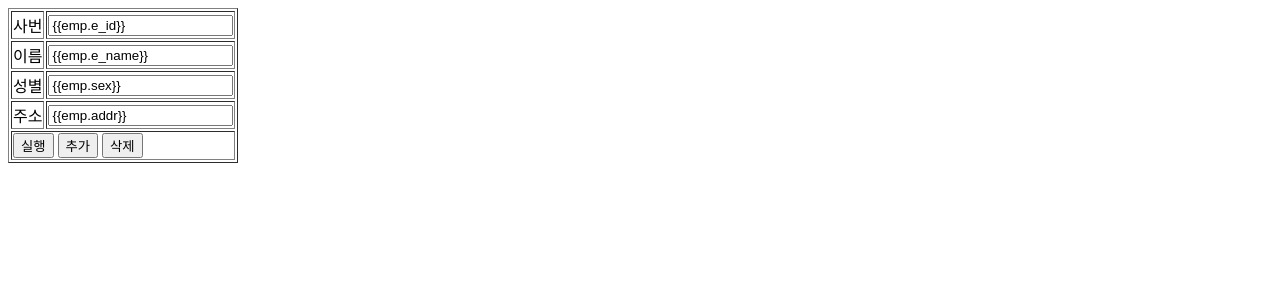
Repository: yhj961120/python-basic
Page: HELLO PYTHON/day10/templates/emp_add.html
An editor plug-in stored every save of this project. The page is shown before and after the next save, followed by the edit.
The browser window is 1280 px wide. The pictures show the whole page.

Above is the page before, as saved 2022-07-07 00:18:07.

### HELLO PYTHON/day10/templates/emp_add.html
<!DOCTYPE html>
<html>
<head>
<meta charset="UTF-8">
<title>Insert title here</title>
<script type="text/javascript">
function fn_list(){
	location.href = "emp_list";
}

function fn_mod(){
	location.href = "emp_mod?e_id={{emp.e_id}}";
}

</script>
</head>
<body>
<form action= "emp_mod_act" method ="post">
<table border="1px">
	<tr>
		<td>사번</td>
		<td><input type = "text" name = "e_id" value = "{{emp.e_id}}"/></td>
	</tr>
	<tr>
		<td>이름</td>
		<td><input type = "text" name = "e_name" value = "{{emp.e_name}}"/></td>
	</tr>
	<tr>
		<td>성별</td>
		<td><input type = "text" name = "sex" value = "{{emp.sex}}"/></td>
	</tr>
	<tr>
		<td>주소</td>
		<td><input type = "text" name = "addr" value = "{{emp.addr}}"/></td>
	</tr>
	<tr>
		<td colspan="2">
			<input type="submit" value="실행" />
			<input type="submit" value="추가" />
			<input type="submit" value="삭제" />

		</td>
	</tr>
</table>
</form>

</body>
</html>

After the next save:
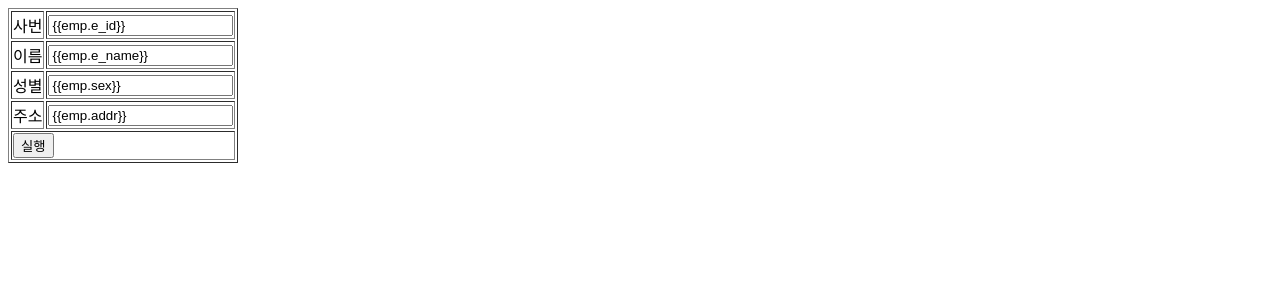
Saved 11 s later.
--- a/HELLO PYTHON/day10/templates/emp_add.html
+++ b/HELLO PYTHON/day10/templates/emp_add.html
@@ -7,38 +7,33 @@
 function fn_list(){
 	location.href = "emp_list";
 }
-
 function fn_mod(){
 	location.href = "emp_mod?e_id={{emp.e_id}}";
 }
-
 </script>
 </head>
 <body>
-<form action= "emp_mod_act" method ="post">
+<form action="emp_mod_act" method="post" >
 <table border="1px">
 	<tr>
 		<td>사번</td>
-		<td><input type = "text" name = "e_id" value = "{{emp.e_id}}"/></td>
+		<td><input type="text" name="e_id" value="{{emp.e_id}}" /></td>
 	</tr>
 	<tr>
 		<td>이름</td>
-		<td><input type = "text" name = "e_name" value = "{{emp.e_name}}"/></td>
+		<td><input type="text" name="e_name" value="{{emp.e_name}}" /></td>
 	</tr>
 	<tr>
 		<td>성별</td>
-		<td><input type = "text" name = "sex" value = "{{emp.sex}}"/></td>
+		<td><input type="text" name="sex" value="{{emp.sex}}" /></td>
 	</tr>
 	<tr>
 		<td>주소</td>
-		<td><input type = "text" name = "addr" value = "{{emp.addr}}"/></td>
+		<td><input type="text" name="addr" value="{{emp.addr}}" /></td>
 	</tr>
 	<tr>
 		<td colspan="2">
 			<input type="submit" value="실행" />
-			<input type="submit" value="추가" />
-			<input type="submit" value="삭제" />
-
 		</td>
 	</tr>
 </table>
